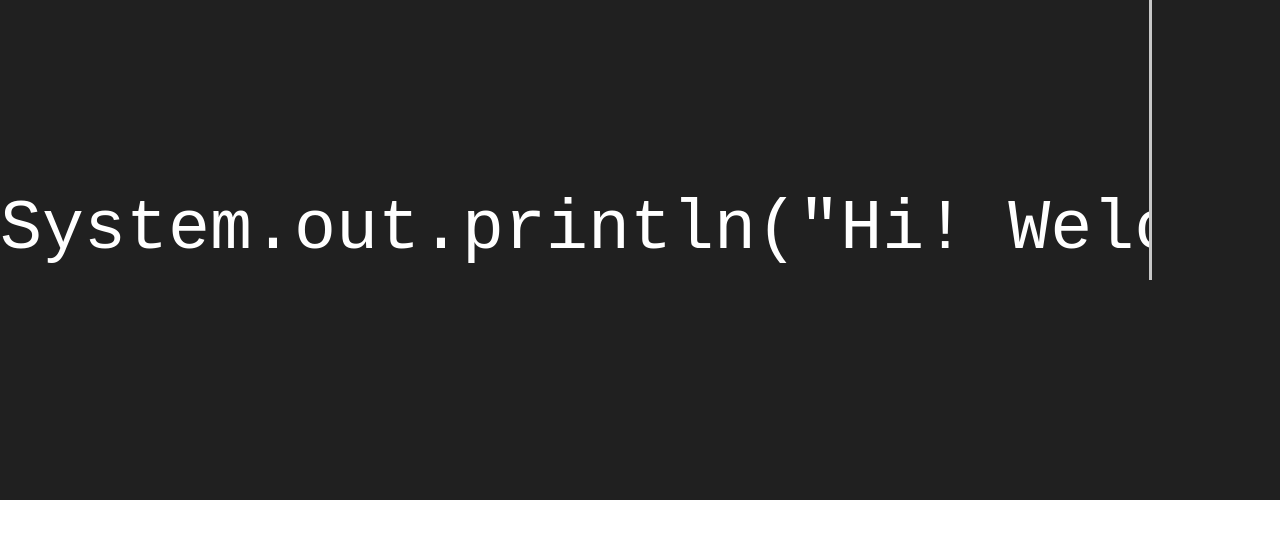
Repository: janry-gracia/Divinagracia_FinalProject
Page: Pages/storyofmylife.html
These files come from the project's save history. The page is drawn as it stood at one moment and after the next save; the edit follows.
The browser window is 1280 px wide. The pictures show the whole page.

Above is the page before, as saved 2021-05-17 23:37:21.
Console error: TypeError: Cannot read properties of null (reading 'addEventListener')

After the next save:
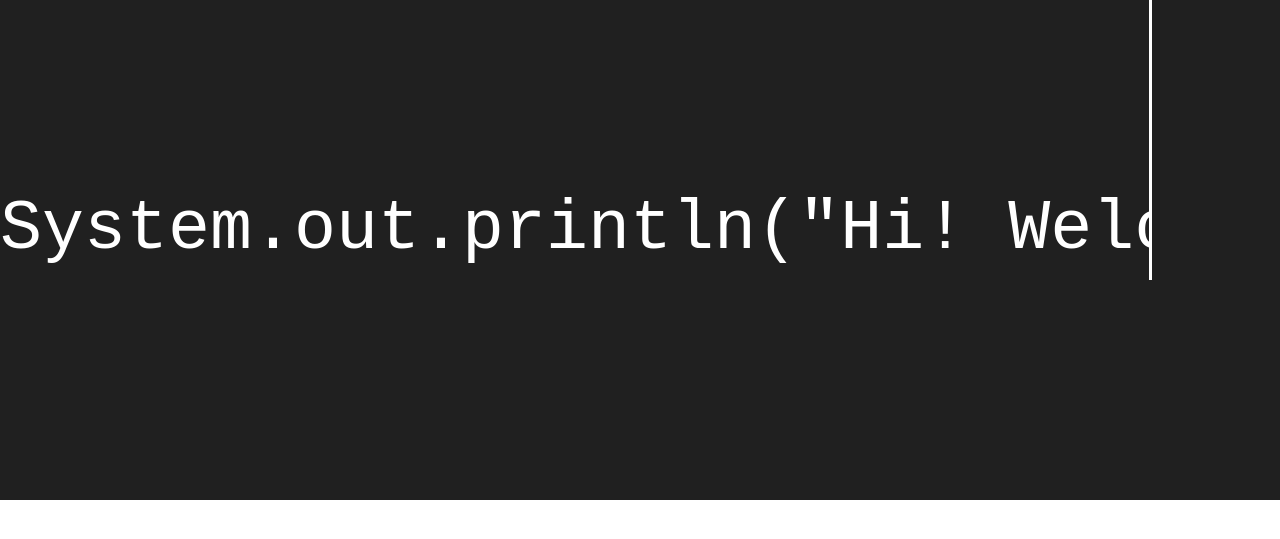
Saved 12 s later.
--- a/css/storyofmylife.css
+++ b/css/storyofmylife.css
@@ -32,7 +32,7 @@ p.message{
     font-size: 5em;
     font-weight: 200;
     color: white;
-    border-right: solid 3px rgba(255, 255, 255, 0.75);
+    border-right: solid 3px rgb(255, 255, 255);
     white-space: nowrap;
     overflow: hidden;
     animation: animated-text 1s steps(45,end) 1s 1 normal both,
@@ -48,6 +48,6 @@ p.message{
   /* cursor animations */
 
   @keyframes animated-cursor{
-    from{border-right-color: rgba(255, 255, 255, 0.75);}
+    from{border-right-color: rgb(255, 255, 255);}
     to{border-right-color: transparent;}
   }
